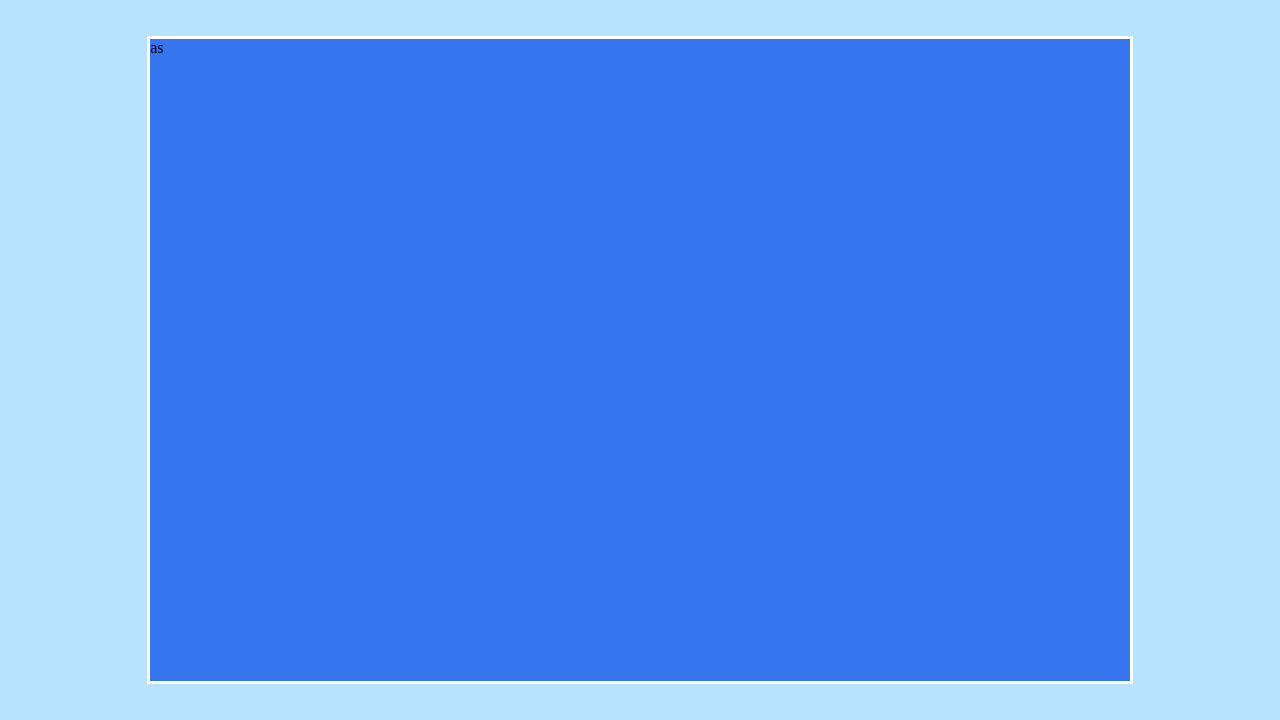
Repository: arafat877/super-chat
Page: /
The author's editor kept a copy of each file at every save. The page is drawn from the files as they stood at one save, then again after the next save.
The browser window is 1280 px wide. The pictures show the whole page.
The project was rebuilt for these pictures with package versions that can differ from the ones it lists, and the page was loaded fresh each time. Also part of the build but not shown: src/App.scss.

Above is the page before, as saved 2020-08-05 14:03:46.

### public/index.html
<!DOCTYPE html>
<html lang="en">
  <head>
    <meta charset="utf-8" />
    <meta name="viewport" content="width=device-width, initial-scale=1" />
    <meta name="theme-color" content="#000000" />
    <meta
      name="description"
      content="Chat application with node.js, express, react.js, mongoDb and socket.io"
    />
    <link rel="stylesheet" href="styles.css">
    <link rel="stylesheet" href="https://fonts.googleapis.com/css?family=Roboto:300,400,500,700&display=swap" />

    <title>Super Chat</title>
  </head>
  <body>
    <noscript>You need to enable JavaScript to run this app.</noscript>
    <div id="root"></div>
  </body>
</html>

### src/App.js
import React from "react";
import "./App.scss";
import { Container, Grid, Paper } from "@material-ui/core";
import { makeStyles } from "@material-ui/core/styles";
import {
  Message,
  GroupWork,
  Chat,
  Palette,
  Settings,
  PeopleAlt,
} from "@material-ui/icons";

const useStyles = makeStyles((theme) => ({
  container: {
    backgroundColor: "#b7e3fe",
    height: "100vh",
    display: "flex",
  },
  innerContainer: {
    backgroundColor: "#3576ef",
    margin: "auto",
    height: "90%",
    width: "80%",
    borderRadius: "10px",
  },
  column1: {
    border:'solid white'
  }
}));

function App() {
  const classes = useStyles();

  return (
    <Container className={classes.container}>
      <Grid container containerer className={classes.innerContainer}>
        <Grid item className={classes.column1} xs={12}>
          as
        </Grid>
      </Grid>
    </Container>
  );
}

export default App;

Loaded but not shown: src/index.js (common file); public/styles.css (common file)

After the next save:
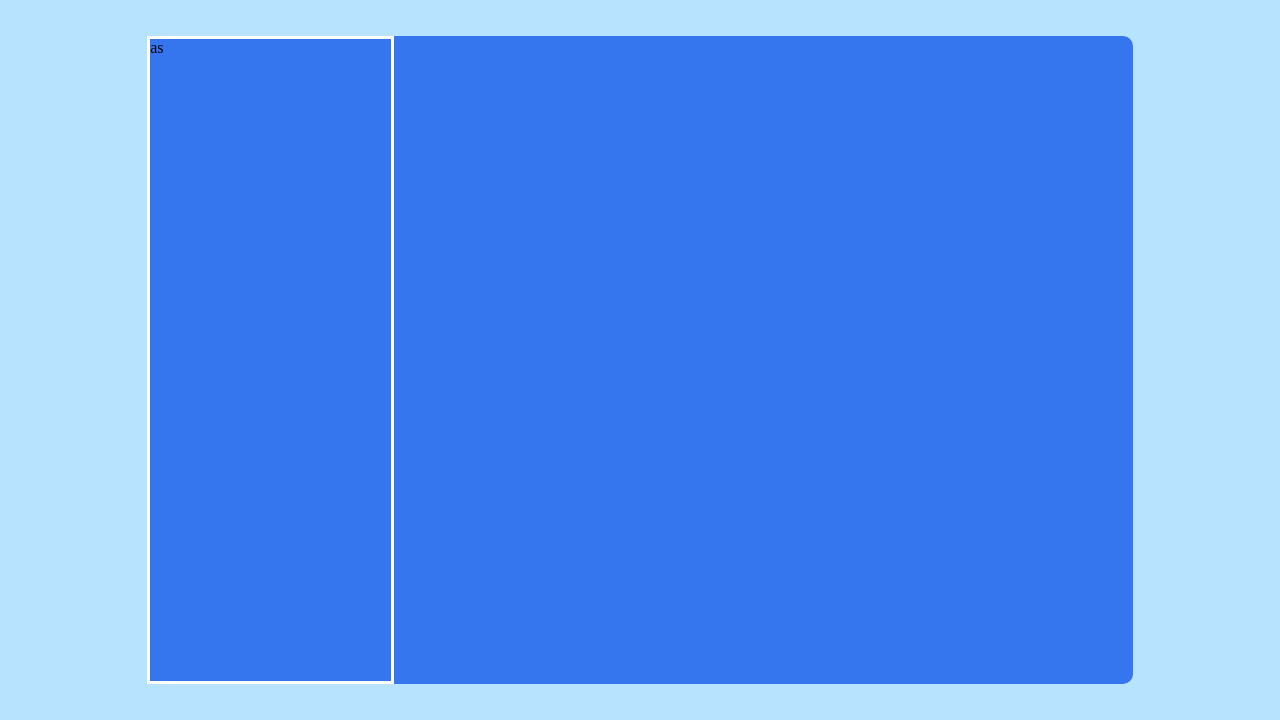
Saved 14 s later.
--- a/src/App.js
+++ b/src/App.js
@@ -35,7 +35,7 @@ function App() {
   return (
     <Container className={classes.container}>
       <Grid container containerer className={classes.innerContainer}>
-        <Grid item className={classes.column1} xs={12}>
+        <Grid item className={classes.column1} xs={3}>
           as
         </Grid>
       </Grid>
